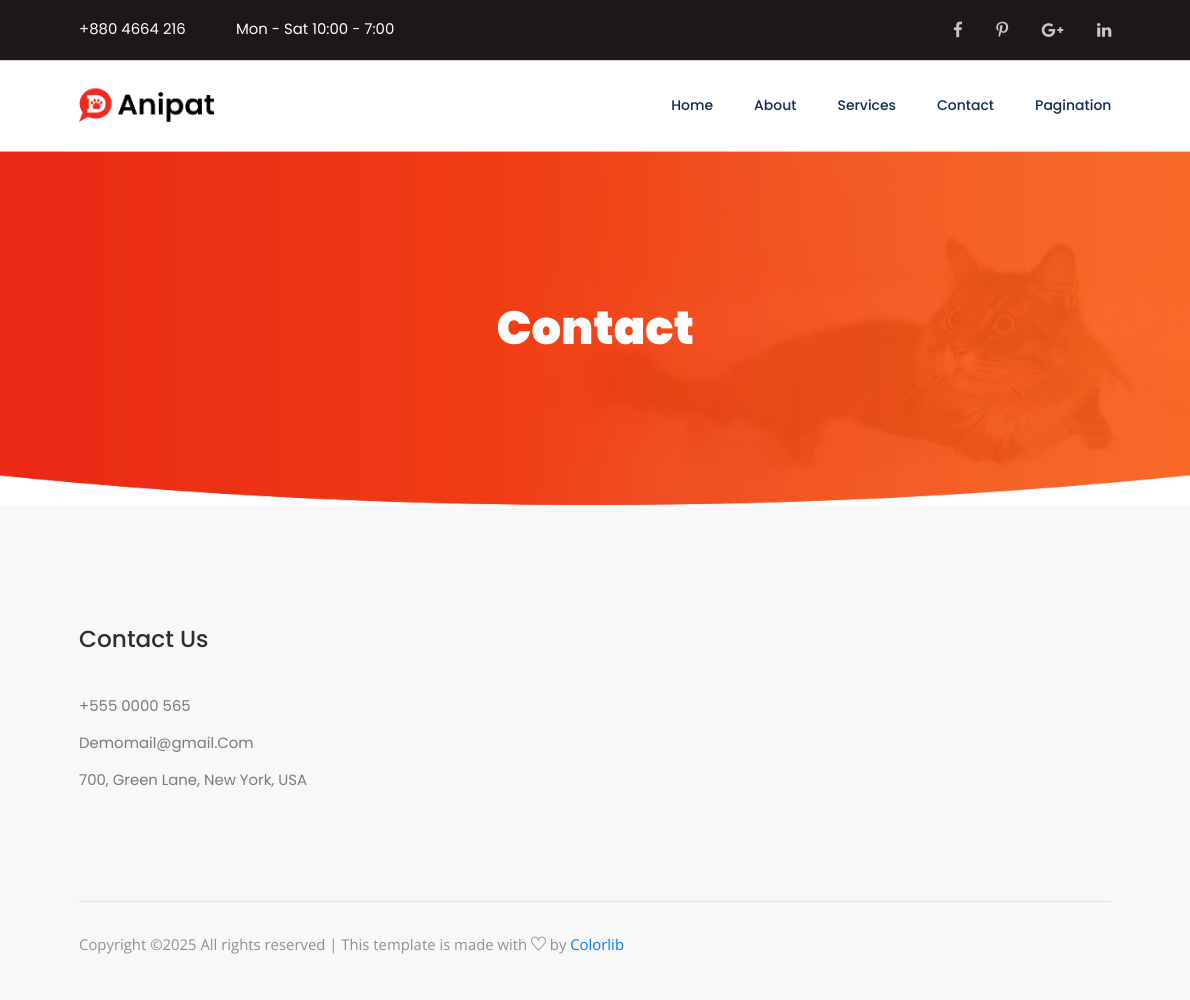
Repository: ssezmar/php...
Page: http://localhost/lab2/contact.php
These files come from the project's save history. The page is drawn as it stood at one moment and after the next save; the edit follows.
The browser window is 1280 px wide. The pictures show the whole page, at 93% of full size.
The page is run by PHP 8.4 with error messages shown; the project is at /var/www/html/.

Above is the page before, as saved 2025-09-17 12:38:14.
Console error: TypeError: $(...).find(...).ajaxChimp is not a function

After the next save:
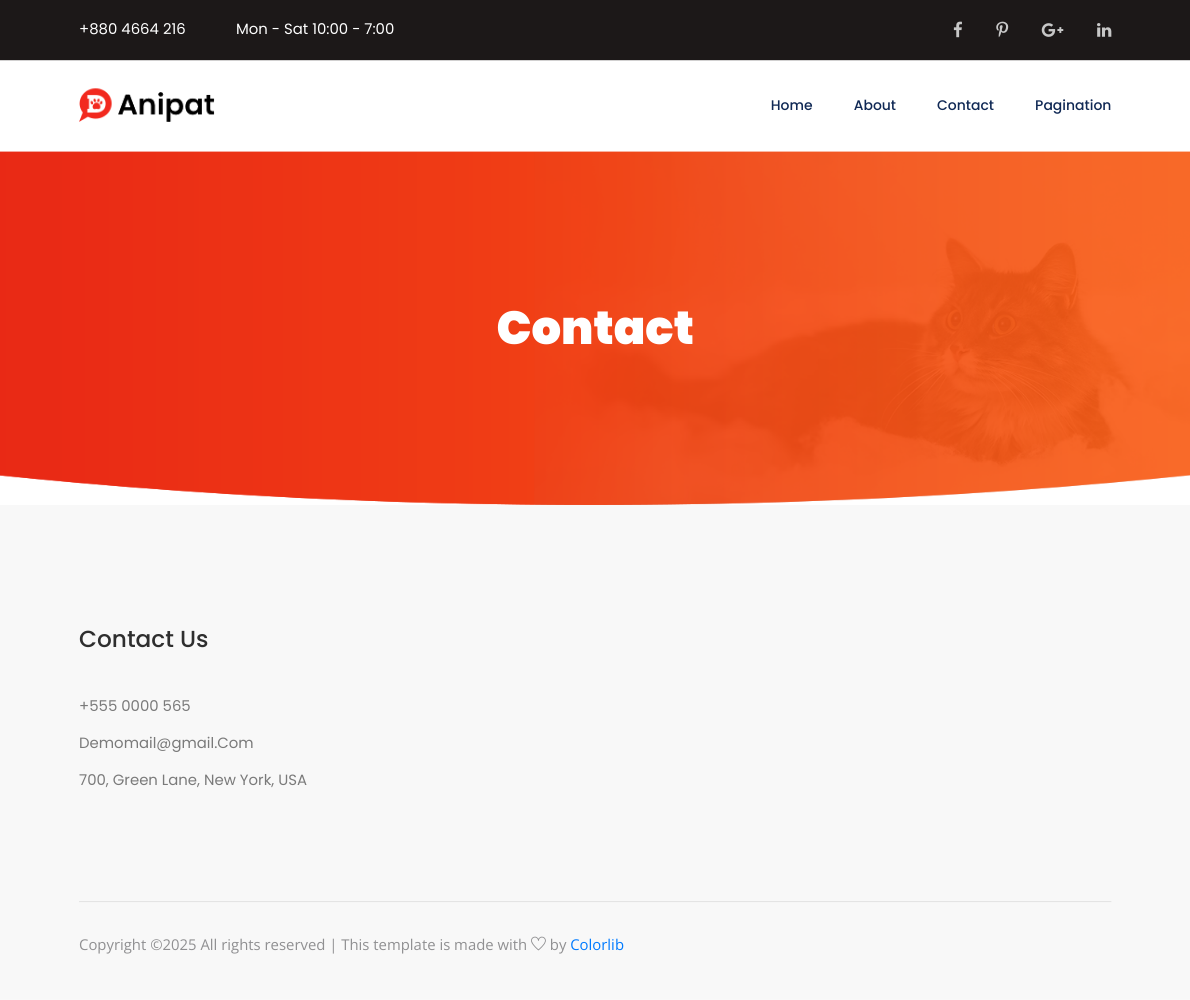
Saved 35 s later.
--- a/public_html/lab2/includes/menu.php
+++ b/public_html/lab2/includes/menu.php
@@ -2,7 +2,6 @@
 $menu = [
     ["link" => "Home", "href" => "index.php"],
     ["link" => "About", "href" => "about.php"],
-    ["link" => "Services", "href" => "index.php"],
     ["link" => "Contact", "href" => "contact.php"],
     ["link" => "Pagination", "href" => "pagination.php"] // <-- добавили
 ];
